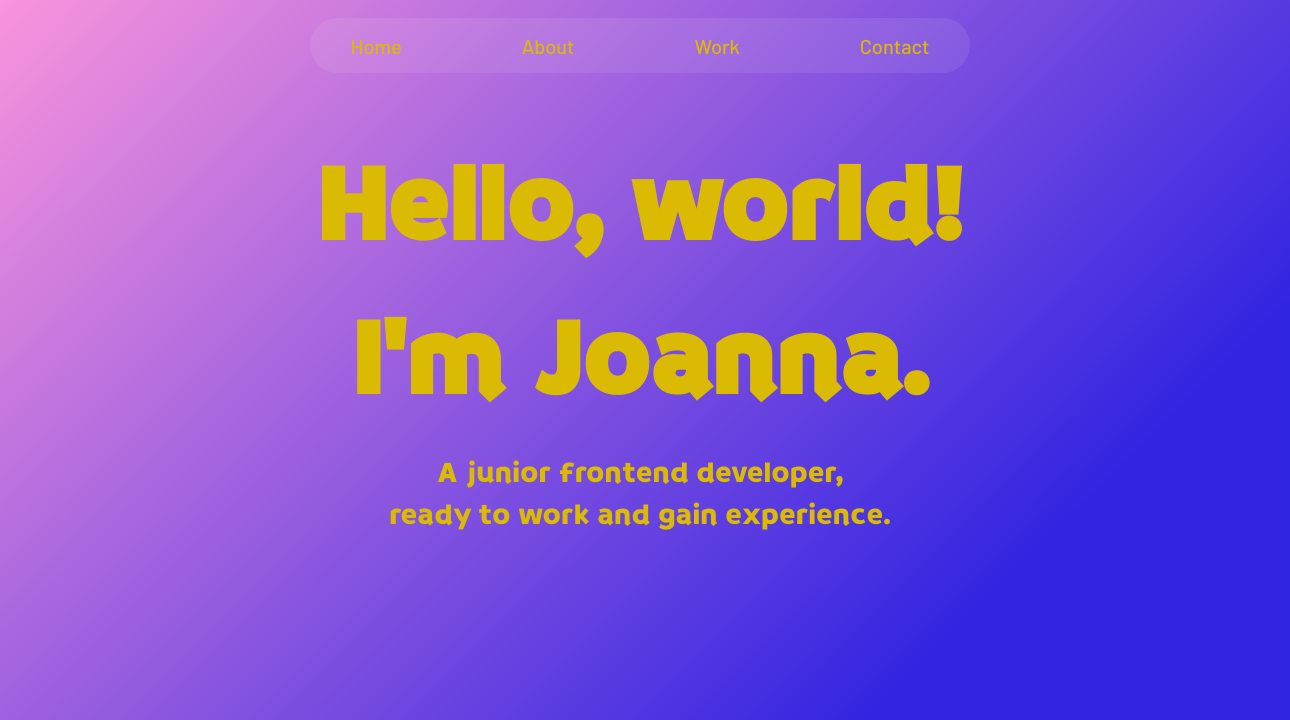
Repository: JJonka/portfolio_site
Page: /
An editor plug-in stored every save of this project. The page is shown before and after the next save, followed by the edit.
The browser window is 1280 px wide. The page is 1290 px wide, so the pictures cover 1290 px, including what lies to the right of the window. The pictures show the whole page.
The project was rebuilt for these pictures with package versions that can differ from the ones it lists, and the page was loaded fresh each time. Also part of the build but not shown: vite.config.ts, src/components/EndOfSection.module.scss, src/components/EndOfSection.tsx, src/pages/About.tsx, src/components/LogoIcon.module.scss, src/components/LogoIcon.tsx, src/pages/Contact.tsx, src/pages/Work.module.scss and 1 more.

Above is the page before, as saved 2023-10-08 11:28:30.

After the next save:
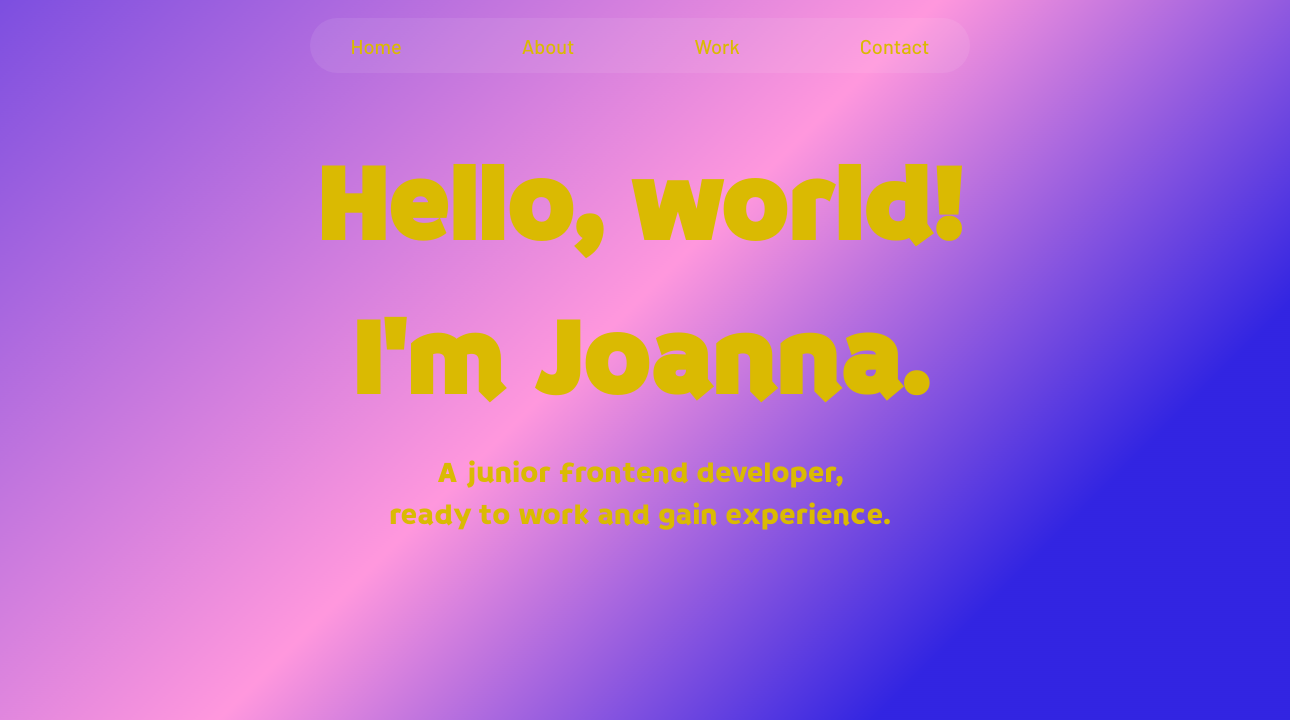
Saved 9 s later.
--- a/src/App.css
+++ b/src/App.css
@@ -19,7 +19,7 @@ body {
 }
 
 .mainBackground {
-    background-image: linear-gradient(135deg, #2719e0 5%, #FF92DB 20% , #2719e0 70%);
+    background-image: linear-gradient(135deg, #2719e0 5%, #FF92DB 50% , #2719e0 70%);
     animation: slide 5s linear infinite alternate;
     animation-fill-mode: forwards;
     animation-delay: -1s;
